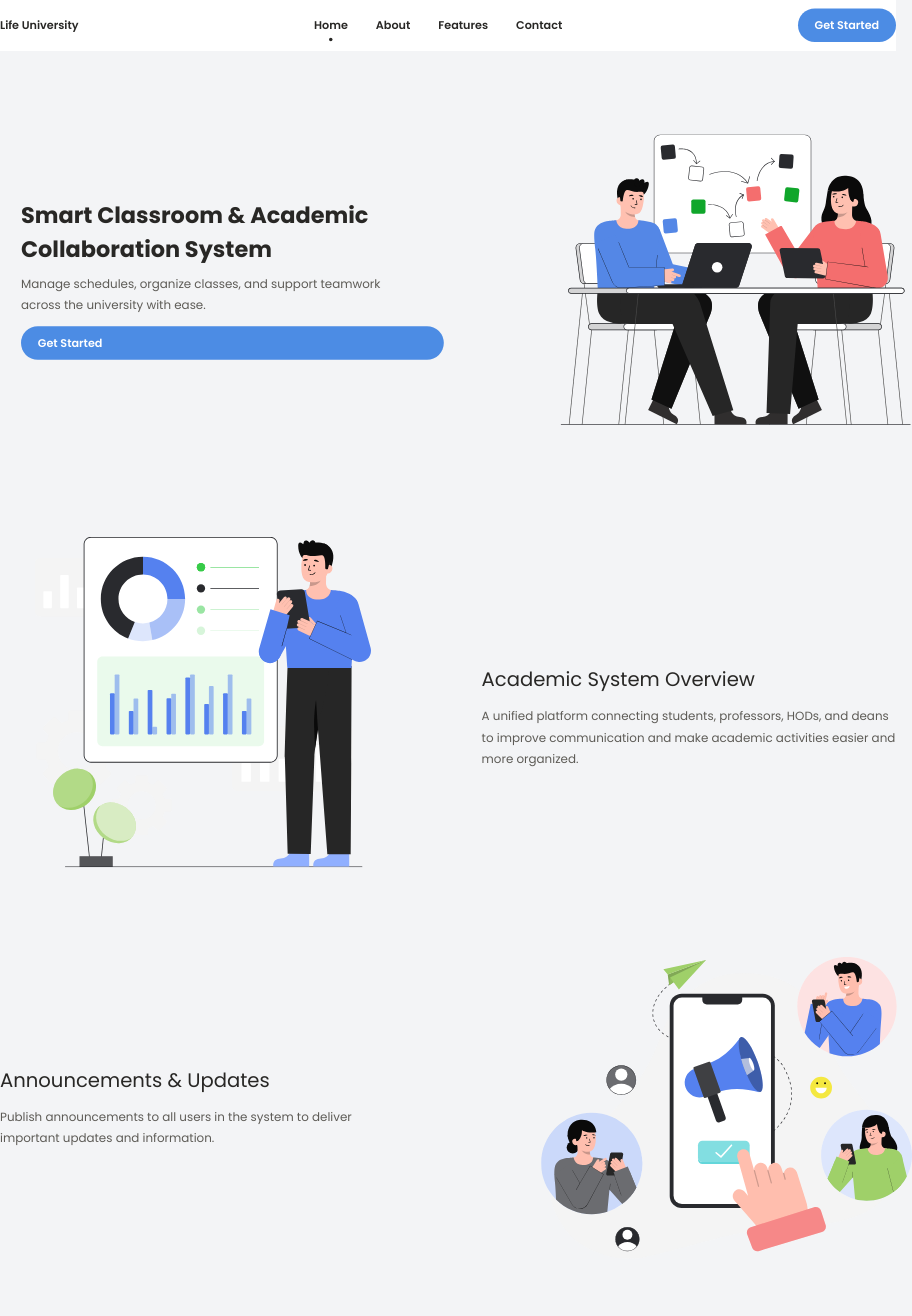
Repository: Chocovcandy/Classroom_Management_System
Page: http://localhost/
These files come from the project's save history. The page is drawn as it stood at one moment and after the next save; the edit follows.
The browser window is 1280 px wide. The page is 1303 px wide, so the pictures cover 1303 px, including what lies to the right of the window. The pictures show the part of the page from y = 0 to 1880 px (the page is 3887 px tall), at 70% of full size.
Some web libraries are served in a nearby version. The page is served by the project's Laravel application, run on PHP 8.4 with Laravel 12. Other server files are loaded and not shown.

Above is the page before, as saved 2026-08-03 10:44:12.

### routes/web.php
<?php

use App\Http\Controllers\ProfileController;
use App\Http\Controllers\RoleSelectController;
use Illuminate\Support\Facades\Route;
use App\Http\Controllers\Admin\DepartmentController;
use App\Http\Controllers\Admin\UserController;

//public routes
Route::get('/', function () {
    return view('welcome');
})->name('welcome');

Route::get('/Login_page', function () {
    return view('Login_page');
})->name('Login_page');


// Authentication routes (login, register, etc.) are provided by Breeze
Route::middleware(['auth'])->group(function () {

    // Role selection (after login)
    Route::get('/role/select', [RoleSelectController::class, 'show'])
        ->name('role.select');

    Route::post('/role/select', [RoleSelectController::class, 'store'])
        ->name('role.select.store');

    // Profile (any logged-in user)
    Route::controller(ProfileController::class)->group(function () {
        Route::get('/profile', 'edit')->name('profile.edit');
        Route::patch('/profile', 'update')->name('profile.update');
        Route::delete('/profile', 'destroy')->name('profile.destroy');
    });

    // Admin routes
    Route::prefix('admin')
        ->name('admin.')
        ->middleware(['role:Admin'])
        ->group(function () {

            Route::view('/dashboard', 'admin.dashboard')
                ->name('dashboard');

            Route::resource('users', UserController::class);
            Route::resource('departments', DepartmentController::class);
        });

 // Dean rputes
    Route::prefix('dean')
        ->name('dean.')
        ->middleware(['role:Dean'])
        ->group(function () {
            Route::view('/dashboard', 'dean.dashboard')
                ->name('dashboard');
        });

    //HoD routes
    Route::prefix('hod')
        ->name('hod.')
        ->middleware(['role:HoD'])
        ->group(function () {
            Route::view('/dashboard', 'hod.dashboard')
                ->name('dashboard');
        });

    // Professor routes
    Route::prefix('professor')
        ->name('professor.')
        ->middleware(['role:Professor'])
        ->group(function () {
            Route::view('/dashboard', 'professor.dashboard')
                ->name('dashboard');
        });

    // Student routes
    Route::prefix('student')
        ->name('student.')
        ->middleware(['role:Student'])
        ->group(function () {
            Route::view('/dashboard', 'student.dashboard')
                ->name('dashboard');
        });


});

require __DIR__.'/auth.php';

### public/assets/css/style.css
/*=============== GOOGLE FONTS ===============*/
@import url("https://fonts.googleapis.com/css2?family=Poppins:wght@400;600;700&display=swap");
/*=============== VARIABLES CSS ===============*/
:root {
    --header-height: 3rem;
    /*========== Colors ==========*/
    --hue: 45;
    --sat: 98%;
    --first-color: hsl(var(--hue), var(--sat), 60%);
    --first-color-light: hsl(var(--hue), var(--sat), 85%);
    --first-color-lighten: hsl(var(--hue), var(--sat), 80%);
    --first-color-alt: hsl(var(--hue), var(--sat), 53%);
    --title-color: hsl(var(--hue), 4%, 15%);
    --text-color: hsl(var(--hue), 4%, 35%);
    --text-color-light: hsl(var(--hue), 4%, 65%);
    --body-color: hsl(var(--hue), 0%, 100%);
    --container-color: #fff;
    --scroll-bar-color: hsl(var(--hue), 4%, 85%);
    --scroll-thumb-color: hsl(var(--hue), 4%, 75%);
    /*========== Font and typography ==========*/
    --body-font: "Poppins", sans-serif;
    --biggest-font-size: 2rem;
    --h2-font-size: 1.25rem;
    --h3-font-size: 1.125rem;
    --normal-font-size: 0.938rem;
    --small-font-size: 0.813rem;
    --smaller-font-size: 0.75rem;
    /*========== Font weight ==========*/
    --font-semi-bold: 600;
    --font-bold: 700;
    /*========== Margenes ==========*/
    --mb-0-5: 0.5rem;
    --mb-0-75: 0.75rem;
    --mb-1: 1rem;
    --mb-1-5: 1.5rem;
    --mb-2: 2rem;
    /*========== z index ==========*/
    --z-tooltip: 10;
    --z-fixed: 100;
}

@media screen and (min-width: 968px) {
    :root {
        --biggest-font-size: 3rem;
        --h2-font-size: 1.75rem;
        --h3-font-size: 1.25rem;
        --normal-font-size: 1rem;
        --small-font-size: 0.875rem;
        --smaller-font-size: 0.813rem;
    }
}
/*=============== BASE ===============*/
*,
::before,
::after {
    box-sizing: border-box;
    padding: 0;
    margin: 0;
}

html {
    scroll-behavior: smooth;
        scroll-padding-top: 6rem;
        /* scroll-padding-top: 6rem; */
}

body {
    margin: var(--header-height) 0 0 0;
    font-family: var(--body-font);
    font-size: var(--normal-font-size);
    background-color: var(--body-color);
    color: var(--text-color);
    transition: 0.5s;
}

h1,
h2,
h3 {
    font-weight: var(--font-semi-bold);
    color: var(--title-color);
    line-height: 1.5;
}

ul {
    list-style: none;
}

a {
    text-decoration: none;
}

img {
    max-width: 100%;
    height: auto;
}

/*=============== THEME ===============*/
/*========== Variables Dark theme ==========*/
body.dark-theme {
    --first-color-light: hsl(var(--hue), var(--sat), 75%);
    --title-color: hsl(var(--hue), 4%, 95%);
    --text-color: hsl(var(--hue), 4%, 80%);
    --body-color: hsl(var(--hue), 8%, 13%);
    --container-color: hsl(var(--hue), 8%, 16%);
    --scroll-bar-color: hsl(var(--hue), 4%, 32%);
    --scroll-thumb-color: hsl(var(--hue), 4%, 24%);
}

/*========== Button Dark/Light ==========*/
.change-theme {
    position: absolute;
    right: 1.5rem;
    top: 2.2rem;
    color: var(--title-color);
    font-size: 1.8rem;
    cursor: pointer;
}

.dark-theme .footer {
    background-color: var(--container-color);
}

/*=============== REUSABLE CSS CLASSES ===============*/
.section {
    padding: 4.5rem 0 1rem;
}

.section__title,
.section__title-center {
    font-size: var(--h2-font-size);
    color: var(--title-color);
    text-align: center;
    margin-bottom: var(--mb-1);
}

.svg__color {
    fill: var(--first-color);
}

.svg__blob {
    fill: var(--first-color-light);
}

.svg__img {
    width: 300px;
    justify-self: center;
}

/*=============== LAYOUT ===============*/
.container{
    max-width: 1600px;
    margin-left: auto;
    margin-right: auto;
    /* background-color: red; */
}

.grid {
    display: grid;
    gap: 4.5rem;
}

/*=============== HEADER ===============*/
.header {
    width: 100%;
    background-color: var(--body-color);
    position: fixed;
    top: 0;
    left: 0;
    z-index: var(--z-fixed);
    transition: 0.5s;
}

/*=============== NAV ===============*/
.nav {
    height: var(--header-height);
    display: flex;
    justify-content: space-between;
    align-items: center;
}

@media screen and (max-width: 767px) {
    .nav__menu {
        position: fixed;
        background-color: var(--container-color);
        box-shadow: 0 0 4px rgba(0, 0, 0, 0.1);
        padding: 2.5rem 0;
        width: 90%;
        top: -100%;
        left: 0;
        right: 0;
        margin: 0 auto;
        transition: 0.4s;
        border-radius: 2rem;
        z-index: var(--z-fixed);
    }
}

.nav__list {
    display: flex;
    flex-direction: column;
    align-items: center;
    row-gap: 1.5rem;
}

.nav__link,
.nav__logo,
.nav__toggle {
    color: var(--title-color);
    font-weight: var(--font-semi-bold);
}

.nav__toggle {
    font-size: 1.3rem;
    cursor: pointer;
}

/* Show menu */
.show-menu {
    top: calc(var(--header-height) + 1rem);
}

/* Active link */
.active-link {
    position: relative;
}

.active-link::before {
    content: "";
    position: absolute;
    bottom: -0.75rem;
    left: 45%;
    width: 5px;
    height: 5px;
    background-color: var(--title-color);
    border-radius: 50%;
}

/* Change background header */
.scroll-header {
    box-shadow: 0 1px 4px rgba(0, 0, 0, 0.1);
}

/*=============== SVG Image ===============*/
.img_svg1 svg {
    width: 100%;
    max-width: 500px;
    margin-left: 125px;
}

.img_svg2 svg {
    width: 100%;
    max-width: 480px;
    margin-left: 50px;
}
.img_svg3 svg {
    width: 100%;
    max-width: 530px;
    margin-left: 85px;
}
.img_svg4 svg {
    margin-top: 80px;
    width: 100%;
    max-width: 580px;
    /* margin-left: 40px; */
}
.img_svg5 svg {
    display: block;
    width: 100%;
    max-width: 130px;
    margin: 0 auto 0px;
}
.img_svg6 svg {
    display: block;
    width: 100%;
    max-width: 180px;
    margin: 0 auto 0px;
}
.img_svg7 svg {
    display: block;
    width: 100%;
    max-width: 220px;
    margin: 0 auto 0px;
}
.image_01 img {
    width: 100%;
    max-width: 180px;
    height: 180px;
    object-fit: cover;
    border-radius: 50%;
    display: block;
    margin: 0 auto;
}
.image_02 img {
    width: 100%;
    max-width: 180px;
    height: 180px;
    object-fit: cover;
    border-radius: 50%;
    display: block;
    margin: 0 auto;
}

/*=============== HOME ===============*/
.home__container {
    display: grid;
    grid-template-columns: 65% 35%;
    align-items: center;
}
.home__data {
    width: 100%;
    margin-left: 30px;
}

.home__title {
    font-size: 2.0rem;
    font-weight: var(--font-bold);
    margin-bottom: var(--mb-0-75);
    line-height: 1.5;
    width: 100%;
}
.home__description {
    line-height: 1.7;
    font-size: 17px;
    margin-bottom: var(--mb-1);
}

#services__description {
    margin-top: 20px;
}


#services {
    margin-top: 120px;
}
/*=============== BUTTONS ===============*/
.button {
    display: inline-block;
    background-color: #4c8ce4;
    color: white;
    padding: 0.75rem 1.5rem;
    border-radius: 3rem;
    font-weight: var(--font-semi-bold);
    transition: 0.3s;
}

.button:hover {
    background-color: var(--first-color-alt);
}

.button__header {
    display: none;
}

.button-link {
    background: none;
    padding: 0;
    color: var(--title-color);
}

.button-link:hover {
    background-color: transparent;
}

.button-flex {
    display: inline-flex;
    align-items: center;
    column-gap: 0.25rem;
    padding: 0.75rem 1rem;
}

.button__icon {
    font-size: 1.5rem;
}

/*=============== ABOUT ===============*/
.about__container {
    gap: 2.5rem;
}

.about__data {
    text-align: center;
    margin-top: 45px;
}
.about__description {
    font-size: 17px;
    line-height: 1.8;
}

/*=============== Annoucement ===============*/
.annoucement__container {
    gap: 2.5rem;
}
.annoucement__description {
    font-size: 17px;
    line-height: 1.8;
}

.annoucement__data {
    text-align: center;
}

/*=============== SERVICES ===============*/
.services__container {
    padding-top: 1rem;
}

.services__data {
    display: grid;
    row-gap: 1rem;
    background-color: var(--container-color);
    box-shadow: 0px 2px 6px hsla(var(--hue), 100%, 15%, 0.15);
    padding: 2rem 1.5rem;
    border-radius: 1rem;
    text-align: center;
}

.services__img {
    width: 135px;
    justify-self: center;
    margin-bottom: var(--mb-0-5);
}

.contact__card {
    background: #fff;
    border-radius: 20px;
    overflow: hidden;
    box-shadow: 0 10px 30px rgba(0, 0, 0, 0.08);
    transition: 0.35s;
}

.contact__card:hover {
    transform: translateY(-8px);
    box-shadow: 0 18px 40px rgba(0, 0, 0, 0.12);
}

.contact__image {
    width: 100%;
    height: 220px;
    object-fit: cover;
}

.contact__badge {
    display: inline-block;
    margin: 1.25rem 1.5rem 0.5rem;
    padding: 0.35rem 0.8rem;
    border-radius: 30px;
    background: var(--first-color-light);
    color: var(--title-color);
    font-size: 0.8rem;
    font-weight: 600;
}

.contact__title {
    margin: 0 1.5rem;
    font-size: 1.3rem;
}

.contact__text {
    margin: 0.75rem 1.5rem;
    color: var(--text-color);
    line-height: 1.7;
}

.contact__info {
    margin: 1.25rem 1.5rem 2rem;
    display: grid;
    gap: 0.7rem;
    color: var(--text-color);
}

.contact.section.container{
    max-width: 1200px;
    margin: 0 auto;
    /* margin: 0 auto; */
}

.section__description {
    text-align: center;
    max-width: 650px;
    margin: 0 auto;
    margin-bottom:35px ;
    color: var(--text-color);
}

/*=============== APP ===============*/
.app__container {
    gap: 2.5rem;
}

.app__data {
    text-align: center;
}

.app__description {
    margin-bottom: var(--mb-1-5);
}

.app__buttons {
    display: grid;
    grid-template-columns: repeat(2, max-content);
    justify-content: center;
    gap: 0.5rem;
}

/*=============== CONTACT ===============*/

.contact__container  grid{
    display:grid;
    grid-template-columns:repeat(auto-fit,minmax(340px,1fr));
    gap:2rem;
    max-width:2800px;
    margin:auto;
}
.contact__description {
    text-align: center;
}

.contact__content {
    row-gap: 0.75rem;
}

.contact__address {
    font-size: var(--small-font-size);
    font-weight: var(--font-semi-bold);
    color: var(--title-color);
}

.contact__information {
    font-weight: initial;
    color: var(--text-color);
}

/*=============== FOOTER ===============*/
.footer {
    background-color: var(--first-color-lighten);
    padding-bottom: 2rem;
}

.footer__container {
    row-gap: 2rem;
}

.footer__logo,
.footer__title {
    font-size: var(--h3-font-size);
    margin-bottom: var(--mb-0-75);
}

.footer__logo {
    display: inline-block;
    font-weight: var(--font-semi-bold);
    color: var(--title-color);
}

.footer__description,
.footer__link {
    font-size: var(--small-font-size);
}

.footer__links {
    display: grid;
    row-gap: 0.5rem;
}

.footer__link {
    color: var(--title-color);
}

.footer__social {
    display: flex;
    column-gap: 1.5rem;
}

.footer__social-link {
    font-size: 1.25rem;
    color: var(--title-color);
}

.footer__copy {
    margin-top: 6rem;
    text-align: center;
    font-size: var(--smaller-font-size);
    color: var(--text-color);
}

/*=============== SCROLL UP ===============*/
.scrollup {
    position: fixed;
    background: var(--first-color);
    right: 1rem;
    bottom: -20%;
    display: inline-flex;
    padding: 0.3rem;
    border-radius: 0.25rem;
    z-index: var(--z-tooltip);
    opacity: 0.8;
    transition: 0.4s;
}

.scrollup:hover {
    background-color: var(--first-color);
    opacity: 1;
}

.scrollup__icon {
    font-size: 1.25rem;
    color: var(--title-color);
}

/* Show Scroll Up*/
.show-scroll {
    bottom: 3rem;
}

/*=============== SCROLL BAR ===============*/
::-webkit-scrollbar {
    width: 0.6rem;
    border-radius: 0.5rem;
    background-color: var(--scroll-bar-color);
}

::-webkit-scrollbar-thumb {
    background-color: var(--scroll-thumb-color);
    border-radius: 0.5rem;
}

::-webkit-scrollbar-thumb:hover {
    background-color: var(--text-color-light);
}
/*=============== MEDIA QUERIES ===============*/

/* Small devices */
@media screen and (max-width: 360px) {
    .svg__img {
        width: 100%;
    }

    .section {
        padding: 3.5rem 0 1rem;
    }

    .services__img {
        width: 100px;
    }

    .app__buttons {
        grid-template-columns: max-content;
    }

    .contact__container{
        grid-template-columns: 1fr;
    }
}

/* Medium devices */
@media screen and (min-width: 576px) {

    .svg__img {
        width: 100%;
    }

    .section__title-center {
        text-align: initial;
    }

    .home__container,
    .about__container,
    .annoucement__container,
    .services__container,
    .app__container,
    .footer__container {
        grid-template-columns: repeat(2, 1fr);
    }

    .home__img {
        order: 1;
    }

    .home__container,
    .about__container,
    .annoucement__container,
    .app__container {
        align-items: center;
    }

    .about__data,
    .annoucement__data,
    .app__data,
    .contact__description {
        text-align: initial;
    }

    .about__img,
    .app__img {
        order: -1;
    }

    /* Contact Cards */
    .contact__container{
        grid-template-columns: repeat(2, 1fr);
    }
}


/* Tablet */
@media screen and (min-width: 767px) {

    body {
        margin: 0;
    }

    .section {
        padding: 6rem 0 2rem;
    }

    .nav {
        height: calc(var(--header-height) + 1.5rem);
    }

    .nav__list {
        flex-direction: row;
        column-gap: 2.5rem;
    }

    .nav__toggle {
        display: none;
    }

    .change-theme {
        position: initial;
    }

    .home__container {
        padding: 6rem 0 2rem;
    }

    .app__buttons {
        justify-content: initial;
    }
}


/* Large devices */
@media screen and (min-width: 968px) {

    .button__header {
        display: block;
    }

    .svg__img {
        width: 470px;
    }

    .about__container,
    .annoucement__container,
    .app__container {
        column-gap: 6rem;
    }

    .services__container {
        grid-template-columns: repeat(3, 1fr);
    }

    /* Contact Cards */
    .contact__container{
        grid-template-columns: repeat(3, 1fr);
    }

    .footer__container {
        grid-template-columns: repeat(5, 1fr);
    }

    .footer__social {
        align-items: flex-start;
    }

    .footer__social-link {
        font-size: 1.45rem;
    }
}


/* Desktop */
@media screen and (min-width: 1024px) {

    .container {
        margin-left: auto;
        margin-right: auto;
    }

    .home__img {
        width: 540px;
    }

    .home__description {
        padding-right: 5rem;
    }

    .footer__container {
        column-gap: 3rem;
    }

    .scrollup {
        right: 2rem;
    }
}

Loaded but not shown: routes/auth.php (common file); app/Http/Controllers/Auth/EmailVerificationPromptController.php (common file); app/Http/Controllers/Controller.php (common file); app/Http/Controllers/Auth/VerifyEmailController.php (common file); resources/views/welcome.blade.php (971 lines, source omitted); resources/views/components/icons/annoucement.blade.php (637 lines, source omitted); resources/views/components/icons/home.blade.php (524 lines, source omitted); resources/views/components/icons/CM_feature03.blade.php (475 lines, source omitted); resources/views/components/icons/CM_feature02.blade.php (396 lines, source omitted); resources/views/components/icons/CM_feature01.blade.php (361 lines, source omitted); resources/views/components/icons/overview.blade.php (328 lines, source omitted); resources/views/components/icons/schedule.blade.php (290 lines, source omitted)

After the next save:
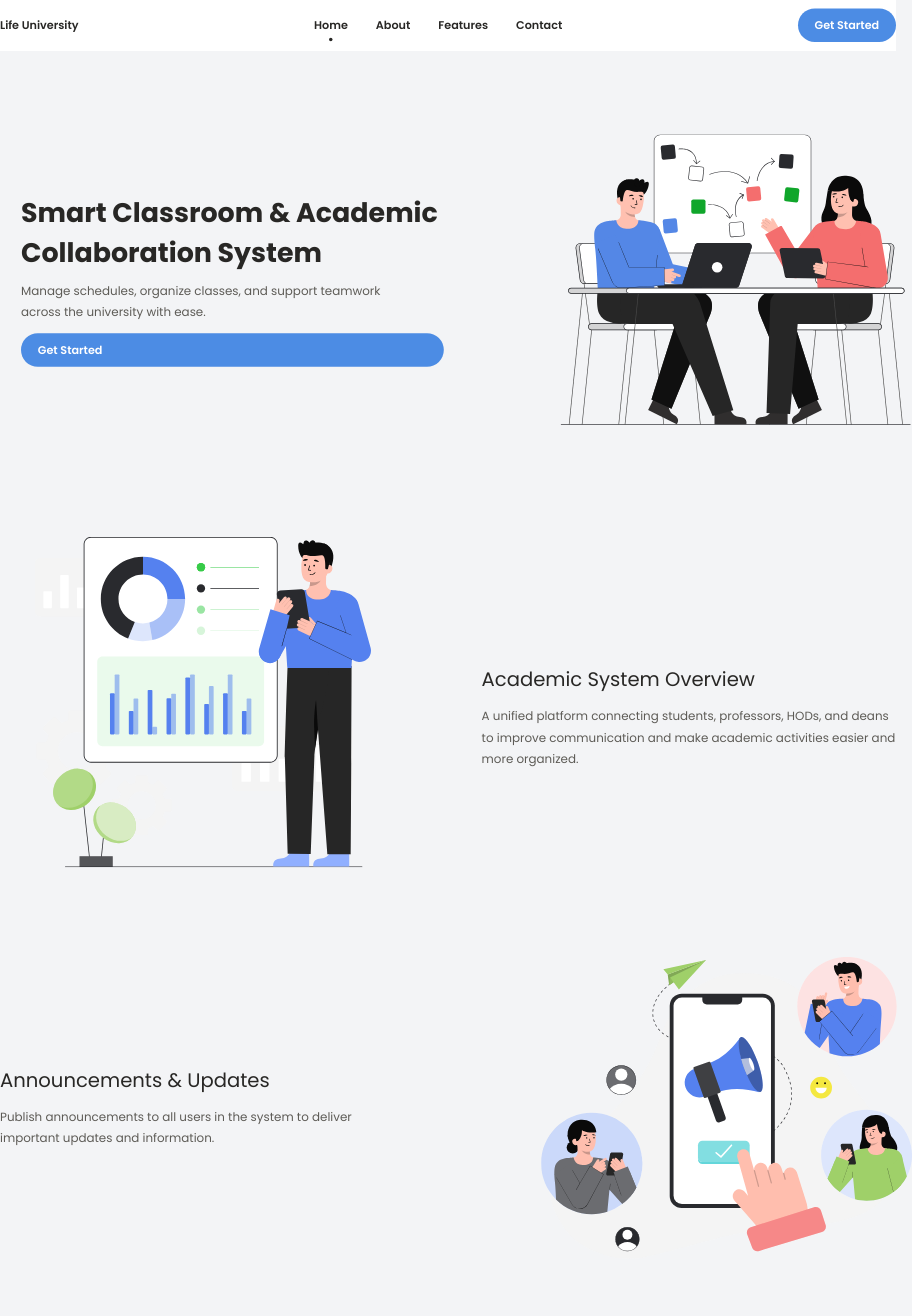
Saved 5 s later.
--- a/public/assets/css/style.css
+++ b/public/assets/css/style.css
@@ -312,7 +312,7 @@ body.dark-theme {
 }
 
 .home__title {
-    font-size: 2.0rem;
+    font-size: 2.4rem;
     font-weight: var(--font-bold);
     margin-bottom: var(--mb-0-75);
     line-height: 1.5;
